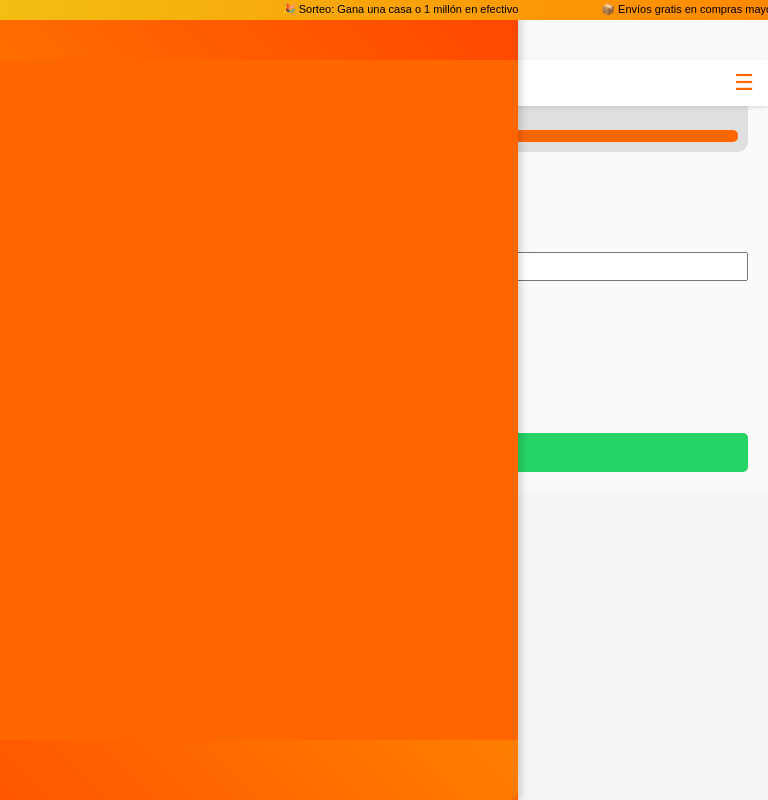
Repository: AVH75/avifarma-tienda
Page: carrito.html
An editor plug-in stored every save of this project. The page is shown before and after the next save, followed by the edit.
The browser window is 768 px wide. The pictures show the whole page.

Above is the page before, as saved 2025-09-11 06:22:21.
Console error: TypeError: Cannot read properties of null (reading 'classList')

After the next save:
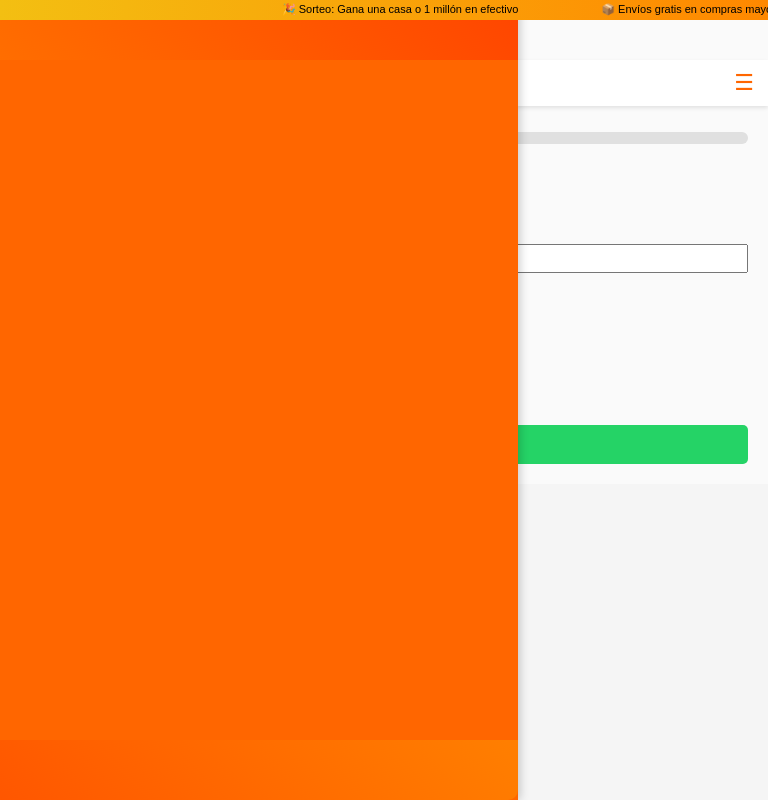
Saved 30 min 17 s later.
--- a/css/carrito.css
+++ b/css/carrito.css
@@ -61,31 +61,48 @@
 
 /* ========================================
    Barra de progreso
-   ======================================== */
+======================================== */
 .progress-bar {
-    background-color: #e0e0e0;
-    border-radius: 10px;
-    padding: 10px;
-    margin-bottom: 30px;
+    margin: 20px 0 30px;
+    font-size: 14px;
+    color: #333;
 }
 
 .progress-bar span {
+    display: block;
+    margin-bottom: 8px;
     font-size: 14px;
-    margin-bottom: 5px;
 }
 
 .progress {
-    background-color: #FF6600;
-    height: 15px;
-    border-radius: 5px;
-    margin-top: 10px;
+    width: 100%;
+    height: 12px;
+    background-color: #e0e0e0; /* gris de fondo */
+    border-radius: 6px;
+    overflow: hidden;
 }
 
 .progress-fill {
-    background-color: #fff;
     height: 100%;
     width: 0%;
-    border-radius: 5px;
+    background: linear-gradient(90deg, #ff7f32, #ff5722); /* degradado naranja */
+    border-radius: 6px;
+    transition: width 0.4s ease; /* animación suave */
+}
+
+/* Responsive */
+@media (max-width: 768px) {
+    .progress-bar {
+        margin-bottom: 20px;
+    }
+
+    .progress-bar span {
+        font-size: 12px;
+    }
+
+    .progress {
+        height: 10px;
+    }
 }
 
 /* ========================================
